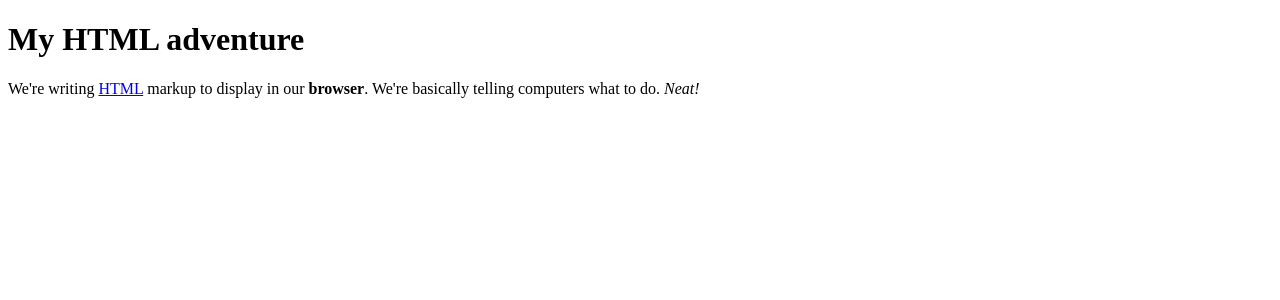
Repository: annferracane/phase-0-the-dom-editing-lab
Page: index.html
An editor plug-in stored every save of this project. The page is shown before and after the next save, followed by the edit.
The browser window is 1280 px wide. The pictures show the whole page.

Above is the page before, as saved 2022-11-11 10:22:16.

### index.html
<!-- Write your code here! -->
<!DOCTYPE html>
<html lang="en">
  <head>
    <meta charset="UTF-8" />
    <meta name="viewport" content="width=device-width, initial-scale=1.0" />
    <meta http-equiv="X-UA-Compatible" content="ie=edge" />
    <title>Introduction to the DOM Lab</title>
  </head>
  <body>
    <!--All our work for this lesson will go here-->
    <h1>My HTML adventure</h1>
    <p>
        We're writing <a href="https://developer.mozilla.org/en-US/docs/Web/HTML">HTML</a> markup to
        display in our <strong>browser</strong>. We're basically telling computers what to do. <em>Neat!</em>
    </p>
  </body>
</html>

After the next save:
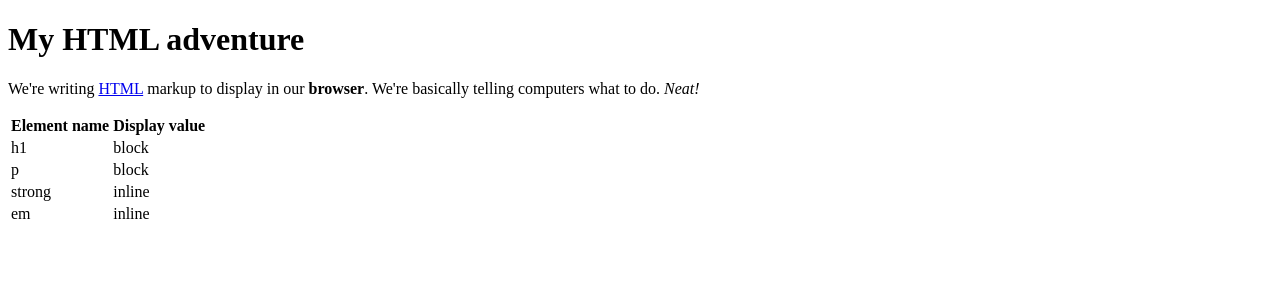
Saved 2 min 49 s later.
--- a/index.html
+++ b/index.html
@@ -14,5 +14,31 @@
         We're writing <a href="https://developer.mozilla.org/en-US/docs/Web/HTML">HTML</a> markup to
         display in our <strong>browser</strong>. We're basically telling computers what to do. <em>Neat!</em>
     </p>
+    <table>
+        <thead>
+          <tr>
+            <th>Element name</th>
+            <th>Display value</th>
+          </tr>
+        </thead>
+        <tbody>
+          <tr>
+            <td>h1</td>
+            <td>block</td>
+          </tr>
+          <tr>
+            <td>p</td>
+            <td>block</td>
+          </tr>
+          <tr>
+            <td>strong</td>
+            <td>inline</td>
+          </tr>
+          <tr>
+            <td>em</td>
+            <td>inline</td>
+          </tr>
+        </tbody>
+      </table>
   </body>
 </html>
